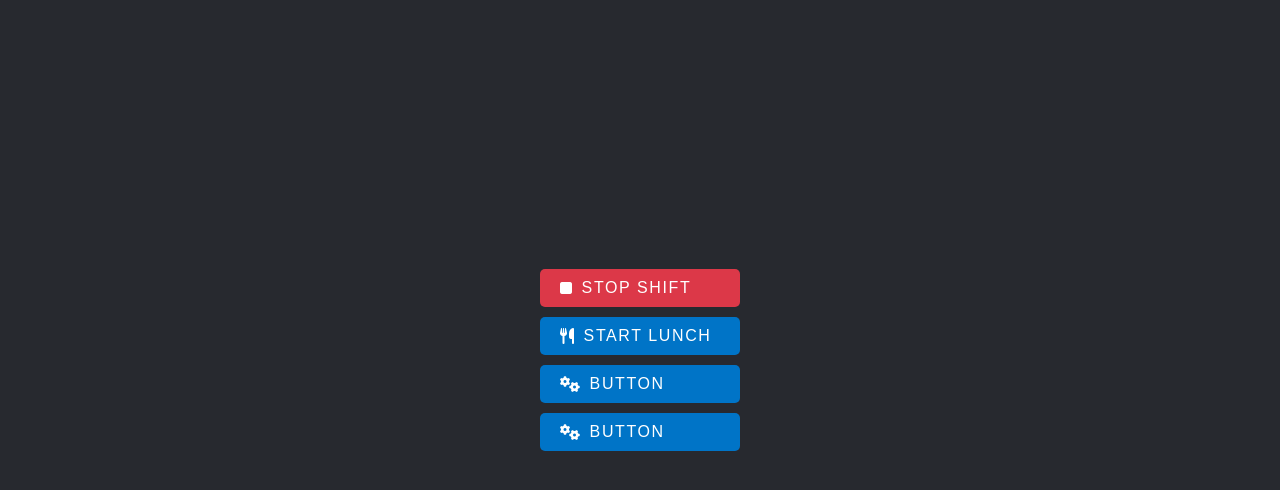
Repository: Philip-Rogers/button-state
Page: experiment.html
An editor plug-in stored every save of this project. The page is shown before and after the next save, followed by the edit.
The browser window is 1280 px wide. The pictures show the whole page.
After loading, the first visible `#shiftButton` was clicked once.

Above is the page before, as saved 2024-08-14 16:49:54.

### experiment.html
<!DOCTYPE html>
<html lang="en">

<head>
    <meta charset="UTF-8">
    <meta name="viewport" content="width=device-width, initial-scale=1.0">
    <title>Shift and Lunch Toggle Buttons</title>
    <link rel="stylesheet" href="index.css">
    <link rel="stylesheet" href="https://cdnjs.cloudflare.com/ajax/libs/font-awesome/6.5.1/css/all.min.css"
        integrity="sha512-DTOQO9RWCH3ppGqcWaEA1BIZOC6xxalwEsw9c2QQeAIftl+Vegovlnee1c9QX4TctnWMn13TZye+giMm8e2LwA=="
        crossorigin="anonymous" referrerpolicy="no-referrer" />
</head>

<body>

    <!-- Container to hold all buttons -->
    <div class="button-container">
        <!-- Shift Button -->
        <button id="shiftButton" class="toggle-button" onclick="toggleShift()">
            <i class="fa fa-play"></i> Start Shift
        </button>

        <!-- Lunch Button -->
        <button id="lunchButton" class="toggle-button" onclick="toggleLunch()" disabled>
            <i class="fa fa-utensils"></i> Start Lunch
        </button>

        <!-- Placeholder Button 1 -->
        <button id="placeholderButton1" class="toggle-button">
            <i class="fa fa-cogs"></i> Button
        </button>

        <!-- Placeholder Button 2 -->
        <button id="placeholderButton2" class="toggle-button">
            <i class="fa fa-cogs"></i> Button
        </button>
    </div>

    <script>
        let shiftState = 'start'; // Tracks the state of the Shift button
        let lunchState = 'start'; // Tracks the state of the Lunch button

        // Function to toggle the Shift button text and color
        function toggleShift() {
            const shiftButton = document.getElementById('shiftButton');
            const lunchButton = document.getElementById('lunchButton');

            if (shiftState === 'start') {
                shiftButton.innerHTML = '<i class="fa fa-stop"></i> Stop Shift';
                shiftButton.style.backgroundColor = 'hsl(354, 70%, 54%)'; // Red for Stop Shift
                shiftState = 'stop';
                lunchButton.disabled = false; // Enable the Lunch button when Shift is started
            } else {
                // Revert all buttons to their default state
                shiftButton.innerHTML = '<i class="fa fa-play"></i> Start Shift';
                shiftButton.style.backgroundColor = 'hsl(140, 100%, 35%)'; // Green for Start Shift
                shiftState = 'start';
                lunchButton.disabled = true; // Disable the Lunch button when Shift is stopped
                lunchButton.innerHTML = '<i class="fa fa-utensils"></i> Start Lunch'; // Reset Lunch button text
                lunchButton.style.backgroundColor = 'hsl(205, 100%, 39%)'; // Reset Lunch button color
                lunchState = 'start'; // Reset Lunch button state
            }
        }

        // Function to toggle the Lunch button text and color
        function toggleLunch() {
            const shiftButton = document.getElementById('shiftButton');
            const lunchButton = document.getElementById('lunchButton');

            if (lunchState === 'start') {
                lunchButton.innerHTML = '<i class="fa fa-stop"></i> Stop Lunch';
                lunchButton.style.backgroundColor = 'hsl(354, 70%, 54%)'; // Red for Stop Lunch

                if (shiftState === 'stop') {
                    shiftButton.style.backgroundColor =
                    'hsl(354, 70%, 44%)'; // Darkened red for Stop Shift when disabled
                    shiftButton.disabled = true; // Disable the Stop Shift button
                }

                lunchState = 'stop';
            } else {
                lunchButton.innerHTML = '<i class="fa fa-utensils"></i> Start Lunch';
                lunchButton.style.backgroundColor = 'hsl(205, 100%, 39%)'; // Blue for Start Lunch
                lunchButton.disabled = true; // Disable the Stop Lunch button

                if (shiftState === 'stop') {
                    shiftButton.style.backgroundColor = 'hsl(354, 70%, 54%)'; // Restore the red color for Stop Shift
                    shiftButton.disabled = false; // Re-enable the Stop Shift button
                }

                lunchState = 'start';
            }
        }
    </script>

</body>

</html>

### index.css
body {
    background-color: hsl(225, 9%, 17%);
    margin: auto;
    display: flex;
    justify-content: center;
    align-items: center;
    height: 100vh;
    margin: 0;
}

button {
    font-size: 1.25em;
    display: block;
    border-radius: 5px;
    /* background-color: hsl(205, 100%, 39%); */
    background-color: hsl(140, 100%, 35%);
    /* Green for Start Shift */
    color: hsl(354, 70%, 100%);
    padding: 1em 1.25em;
    width: 300px;
    cursor: pointer;
    border: none;
    text-transform: uppercase;
    letter-spacing: 0.1em;
    transition: all .2s ease-in-out;
    /* -webkit-box-reflect: below 10px linear-gradient(transparent, transparent, #0004); */
}


#shiftButton i {
    margin-right: 8px;
}

#shiftButton.stopShift {
    background-color: hsl(354, 70%, 54%);
    /* Red for Stop Shift */
}






/* Container for the buttons to ensure they stack vertically */
.button-container {
    display: flex;
    flex-direction: column;
    align-items: flex-start; /* Align buttons to the start of the container */
    gap: 10px; /* Space between the buttons */
}

/* Style for the toggle buttons */
.toggle-button {
    color: white;
    background-color: hsl(140, 100%, 35%); /* Default green for Start Shift */
    border: none;
    padding: 10px 20px;
    font-size: 16px;
    cursor: pointer;
    display: flex;
    align-items: center;
    width: 200px; /* Fixed width for consistency */
}

#lunchButton, #placeholderButton1, #placeholderButton2 {
    background-color: hsl(205, 100%, 39%); /* Default blue color for Start Lunch and Placeholder buttons */
}

.toggle-button i {
    margin-right: 8px;
}

.toggle-button:disabled {
    cursor: not-allowed;
    opacity: 0.6;
}

After the next save:
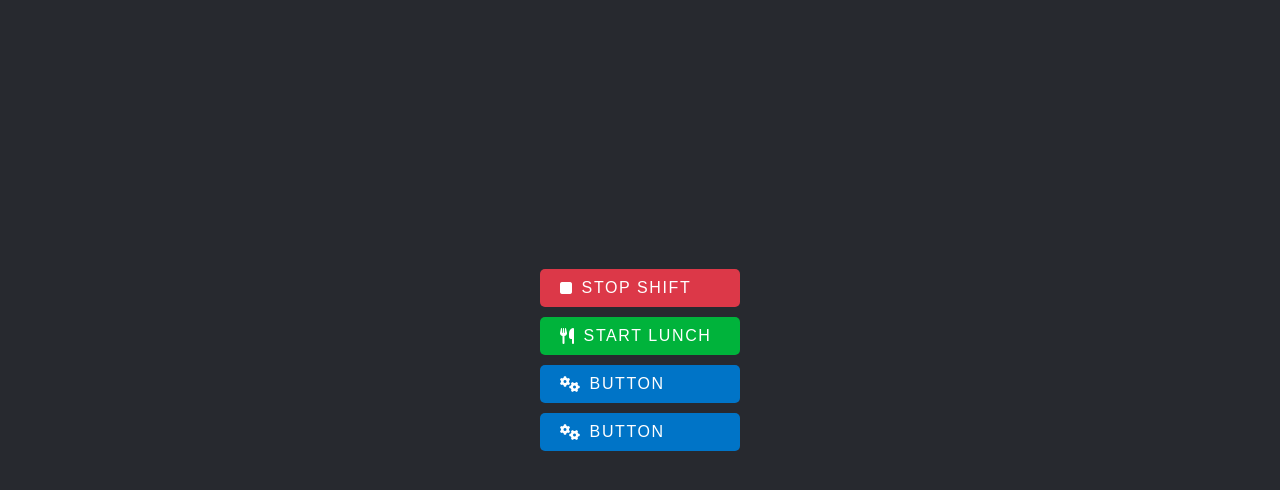
Saved 12 min 10 s later.
--- a/experiment.html
+++ b/experiment.html
@@ -50,6 +50,7 @@
                 shiftButton.style.backgroundColor = 'hsl(354, 70%, 54%)'; // Red for Stop Shift
                 shiftState = 'stop';
                 lunchButton.disabled = false; // Enable the Lunch button when Shift is started
+                lunchButton.style.backgroundColor = 'hsl(140, 100%, 35%)'; // Change background color to green
             } else {
                 // Revert all buttons to their default state
                 shiftButton.innerHTML = '<i class="fa fa-play"></i> Start Shift';
@@ -80,7 +81,7 @@
                 lunchState = 'stop';
             } else {
                 lunchButton.innerHTML = '<i class="fa fa-utensils"></i> Start Lunch';
-                lunchButton.style.backgroundColor = 'hsl(205, 100%, 39%)'; // Blue for Start Lunch
+                lunchButton.style.backgroundColor = 'hsl(140, 100%, 35%)'; // Keep the green background
                 lunchButton.disabled = true; // Disable the Stop Lunch button
 
                 if (shiftState === 'stop') {
